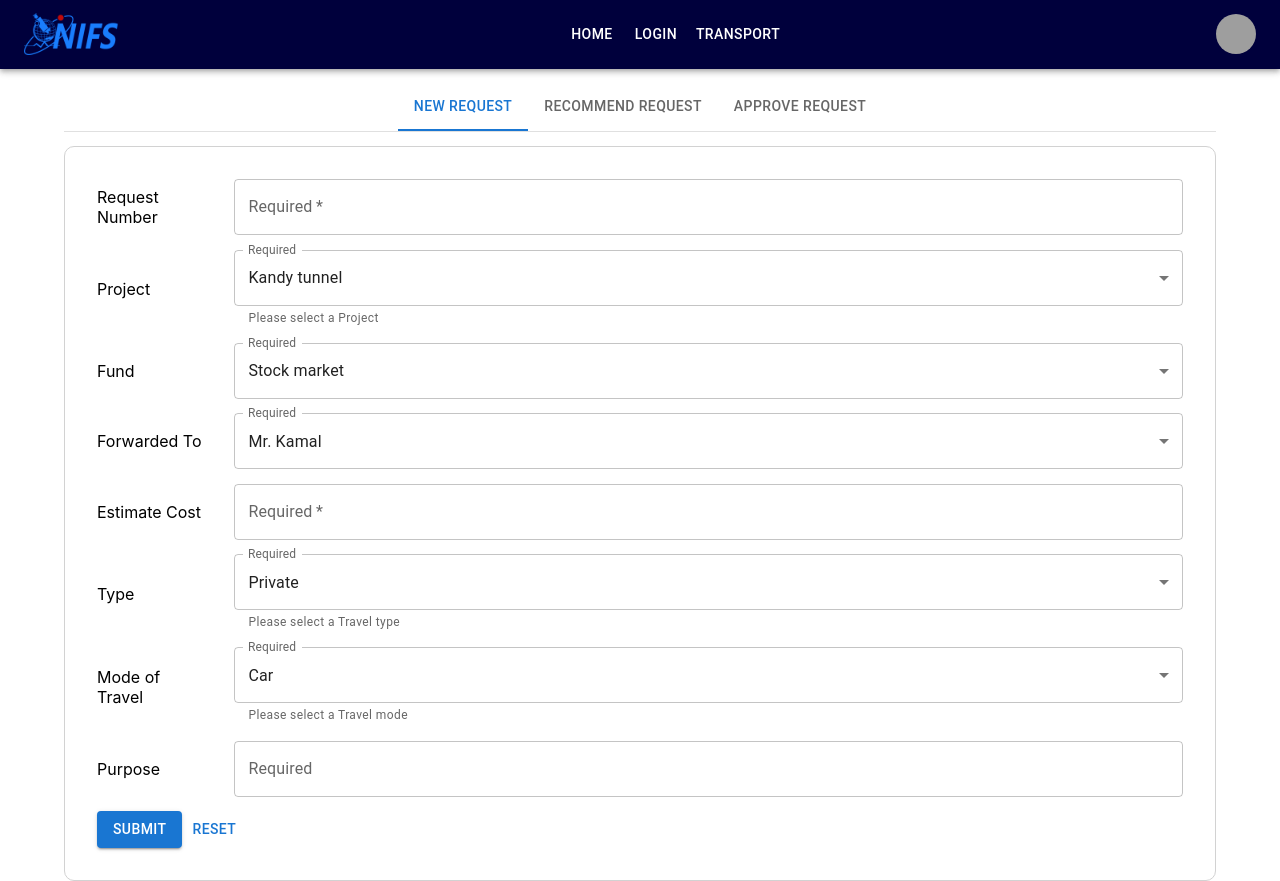
Repository: Ravindu97/NIFS_WebApplication
Page: /transport (app in client/)
These files come from the project's save history. The page is drawn as it stood at one moment and after the next save; the edit follows.
The browser window is 1280 px wide. The pictures show the whole page.
Pictures or frames that could not be fetched are drawn as grey boxes. The project was rebuilt for these pictures with package versions that can differ from the ones it lists, and the page was loaded fresh each time. Also part of the build but not shown: client/src/pages/Home.js, client/src/pages/Login.js, client/src/components/Transport/RecommendedRequest.js, client/src/components/Transport/ApproveRequest.js.

Above is the page before, as saved 2022-07-01 00:20:51.

### client/src/index.css
body {
  margin: 0;
  font-family: -apple-system, BlinkMacSystemFont, 'Segoe UI', 'Roboto', 'Oxygen',
    'Ubuntu', 'Cantarell', 'Fira Sans', 'Droid Sans', 'Helvetica Neue',
    sans-serif;
  -webkit-font-smoothing: antialiased;
  -moz-osx-font-smoothing: grayscale;
}

:root{
  --main-navbar-back: #00003c;

}


.nav-logo{
  width: 100px;
  height: auto;
}

/* main navbar */
.main-navbar{
  background-color: var(--main-navbar-back) !important;
}

/* secondary navbar */
.secondary-navbar{
  margin-top: 2vh !important;
  margin: auto;
}

/* body content */
.body-content{
  margin: auto;
  width: 90%;
  margin-top: 2vh;
}

/* form area */

.form-area{
  border: 1px solid #d2d2d2;
  border-radius: 10px;
  padding: 2rem;
}

/* input fields */
.input-fields{
  display: flex;
  align-items: center;
  margin-bottom: 2vh;
}

.input-fields label{
  margin-right: 2vw;
  width: 10vw;
}

### client/src/App.js
import * as React from 'react';
import { BrowserRouter as Router, Route, Routes } from 'react-router-dom';
import Navbar from './components/shared/Navbar';
import Home from './pages/Home';
import Login from './pages/Login';
import TransportMainPage from './pages/TransportMainPage';

function App() {
	return (
		<div>
			<Router>
				<Navbar />
				<Routes>
					<Route exact path="/" element={<Home />} />
					<Route exact path="/login" element={<Login />} />
					<Route exact path="/transport/*" element={<TransportMainPage />} />
				</Routes>
			</Router>
		</div>
	);
}

export default App;

### client/src/components/shared/Navbar.js
import * as React from 'react';
import AppBar from '@mui/material/AppBar';
import Box from '@mui/material/Box';
import Toolbar from '@mui/material/Toolbar';
import IconButton from '@mui/material/IconButton';
import Typography from '@mui/material/Typography';
import Menu from '@mui/material/Menu';
import MenuIcon from '@mui/icons-material/Menu';
import Container from '@mui/material/Container';
import Avatar from '@mui/material/Avatar';
import Button from '@mui/material/Button';
import Tooltip from '@mui/material/Tooltip';
import MenuItem from '@mui/material/MenuItem';
import { Link } from 'react-router-dom';
import Logo from '../../images/nifs_logo.png';

const Navbar = () => {
	const pages = [
		{
			id: 0,
			title: 'Home',
			link: '/',
		},
		{
			id: 1,
			title: 'Login',
			link: '/login',
		},
		{
			id: 2,
			title: 'Transport',
			link: '/transport',
		},
	];

	const settings = [
		{
			id: 0,
			title: 'Home',
			link: '/',
		},
		{
			id: 1,
			title: 'Login',
			link: '/login',
		},
		{
			id: 2,
			title: 'Transport',
			link: '/transport',
		},
	];

	const [anchorElNav, setAnchorElNav] = React.useState(null);
	const [anchorElUser, setAnchorElUser] = React.useState(null);

	const handleOpenNavMenu = (event) => {
		setAnchorElNav(event.currentTarget);
	};
	const handleOpenUserMenu = (event) => {
		setAnchorElUser(event.currentTarget);
	};

	const handleCloseNavMenu = () => {
		setAnchorElNav(null);
	};

	const handleCloseUserMenu = () => {
		setAnchorElUser(null);
	};

	return (
		<AppBar position="static" className="main-navbar">
			<Container maxWidth="xl">
				<Toolbar disableGutters>
					{/*Responsive view start here  */}
					<Box sx={{ display: { xs: 'none', md: 'flex' }, mr: 1 }}>
						<img src={Logo} alt="logo" className="nav-logo" />
					</Box>

					<Box sx={{ flexGrow: 1, display: { xs: 'flex', md: 'none' } }}>
						<IconButton
							size="large"
							aria-label="account of current user"
							aria-controls="menu-appbar"
							aria-haspopup="true"
							onClick={handleOpenNavMenu}
							color="inherit"
						>
							<MenuIcon />
						</IconButton>
						<Menu
							id="menu-appbar"
							anchorEl={anchorElNav}
							anchorOrigin={{
								vertical: 'bottom',
								horizontal: 'left',
							}}
							keepMounted
							transformOrigin={{
								vertical: 'top',
								horizontal: 'left',
							}}
							open={Boolean(anchorElNav)}
							onClose={handleCloseNavMenu}
							sx={{
								display: { xs: 'block', md: 'none' },
							}}
						>
							{pages &&
								pages.map((page) => (
									<MenuItem key={page.id} onClick={handleCloseNavMenu}>
										<Link to={page.link} style={{ textDecoration: 'none' }}>
											<Typography textAlign="center">{page.title}</Typography>
										</Link>
									</MenuItem>
								))}
						</Menu>
					</Box>
					{/* Responsive view ends here */}

					{/* Full width starts here */}
					<Box
						sx={{
							mr: 2,
							display: { xs: 'flex', md: 'none' },
							flexGrow: 1,
						}}
					>
						<img src={Logo} alt="logo" className="nav-logo" />
					</Box>

					<Box
						sx={{ flexGrow: 1, display: { xs: 'none', md: 'flex' } }}
						style={{ justifyContent: 'center' }}
					>
						{pages &&
							pages.map((page) => (
								<Link to={page.link} style={{ textDecoration: 'none' }}>
									<Button
										key={page.id}
										onClick={handleCloseNavMenu}
										sx={{ my: 2, color: 'white', display: 'block' }}
									>
										{page.title}
									</Button>
								</Link>
							))}
					</Box>

					{/* end of the navbar */}
					<Box sx={{ flexGrow: 0 }}>
						<Tooltip title="Open settings">
							<IconButton onClick={handleOpenUserMenu} sx={{ p: 0 }}>
								<Avatar
									alt="Remy Sharp"
									src="https://images.unsplash.com/photo-1566753323558-f4e0952af115?ixlib=rb-1.2.1&ixid=MnwxMjA3fDB8MHxzZWFyY2h8MXx8bWFsZXxlbnwwfHwwfHw%3D&w=1000&q=80"
								/>
							</IconButton>
						</Tooltip>
						<Menu
							sx={{ mt: '45px' }}
							id="menu-appbar"
							anchorEl={anchorElUser}
							anchorOrigin={{
								vertical: 'top',
								horizontal: 'right',
							}}
							keepMounted
							transformOrigin={{
								vertical: 'top',
								horizontal: 'right',
							}}
							open={Boolean(anchorElUser)}
							onClose={handleCloseUserMenu}
						>
							{settings.map((setting) => (
								<MenuItem key={setting.id} onClick={handleCloseUserMenu}>
									<Typography textAlign="center">{setting.title}</Typography>
								</MenuItem>
							))}
						</Menu>
					</Box>
				</Toolbar>
			</Container>
		</AppBar>
	);
};
export default Navbar;

### client/src/pages/TransportMainPage.js
import React from 'react';

import TransportNavbar from '../components/Transport/shared/TransportNavbar';
import { Route, Routes } from 'react-router-dom';
import NewRequest from '../components/Transport/NewRequest';
import RecommendedRequest from '../components/Transport/RecommendedRequest';
import ApproveRequest from '../components/Transport/ApproveRequest';

// transport main page where all other section of transport department can be access from here
function TransportMainPage() {
	return (
		<div>
			<TransportNavbar />
			<div className="body-content">
				<Routes>
					<Route exact path="/" element={<NewRequest />} />
					<Route exact path="/recommend" element={<RecommendedRequest />} />
					<Route exact path="/approve" element={<ApproveRequest />} />
				</Routes>
			</div>
		</div>
	);
}

export default TransportMainPage;

### client/src/components/Transport/shared/TransportNavbar.js
import * as React from 'react';
import Tabs from '@mui/material/Tabs';
import Tab from '@mui/material/Tab';
import Box from '@mui/material/Box';
import { Link, useLocation } from 'react-router-dom';

export default function TransportNavbar() {
	const location = useLocation();

	const pages = [
		{
			id: 0,
			title: 'New Request',
			link: '/transport',
		},
		{
			id: 1,
			title: 'Recommend Request',
			link: '/transport/recommend',
		},
		{
			id: 2,
			title: 'Approve Request',
			link: '/transport/approve',
		},
	];

	return (
		<Box sx={{ width: '90%' }} className="secondary-navbar">
			<Box sx={{ borderBottom: 1, borderColor: 'divider' }}>
				<Tabs value={location.pathname} centered>
					{pages &&
						pages.map((page) => (
							<Tab
								key={page.id}
								label={page.title}
								value={page.link}
								component={Link}
								to={page.link}
							/>
						))}
				</Tabs>
			</Box>
		</Box>
	);
}

### client/src/components/Transport/NewRequest.js
import { Button, TextField } from '@mui/material';
import React, { useState } from 'react';
import { useForm } from 'react-hook-form';

// import datepicker
import DateFnsUtils from '@date-io/date-fns';
import {
	DatePicker,
	TimePicker,
	DateTimePicker,
	MuiPickersUtilsProvider,
} from '@material-ui/pickers';
// sample data files start here
import Projects from './shared/sampleData/Project.json';
import Funds from './shared/sampleData/Fund.json';
import ForwardedTo from './shared/sampleData/ForwardedTo.json';
// sample data files ends here

function NewRequest() {
	// date set to be stored
	const { register, handleSubmit, reset } = useForm();
	const [selectedDate, handleDateChange] = useState(new Date());
	const [project, setProjects] = useState(Projects);
	const [fund, setFunds] = useState(Funds);
	const [forwardedTo, setForwardedTos] = useState(ForwardedTo);

	const submitDetails = (data) => {
		console.log(data);
	};

	return (
		<div className="form-area">
			<form onSubmit={handleSubmit(submitDetails)}>
				<div>
					<div>
						{/* Request number */}
						<div className="input-fields">
							<label>Request Number</label>
							<TextField
								fullWidth
								required
								type="text"
								name="reqNo"
								id="outlined-basic"
								label="Required"
								variant="outlined"
								{...register('reqNo', { required: true })}
							/>
						</div>

						{/* Select project */}
						<div className="input-fields">
							<label>Project</label>
							<TextField
								fullWidth
								id="outlined-select-project-native"
								select
								label="Required"
								name="project"
								{...register('project', { required: true })}
								SelectProps={{
									native: true,
								}}
								helperText="Please select a Project"
							>
								{project.map((option) => (
									<option key={option.id} value={option.value}>
										{option.value}
									</option>
								))}
							</TextField>
						</div>

						{/* Select Fund */}

						<div className="input-fields">
							<label>Fund</label>
							<TextField
								fullWidth
								id="outlined-select-fund-native"
								select
								label="Required"
								name="fund"
								{...register('fund', { required: true })}
								SelectProps={{
									native: true,
								}}
							>
								{fund.map((option) => (
									<option key={option.id} value={option.value}>
										{option.value}
									</option>
								))}
							</TextField>
						</div>

						{/* Select Forward */}

						<div className="input-fields">
							<label>Forwarded To</label>
							<TextField
								fullWidth
								id="outlined-select-forward-native"
								select
								label="Required"
								name="forwardTo"
								{...register('forwardTo', { required: true })}
								SelectProps={{
									native: true,
								}}
							>
								{forwardedTo.map((option) => (
									<option key={option.id} value={option.value}>
										{option.value}
									</option>
								))}
							</TextField>
						</div>

						{/* cost */}
						<div className="input-fields">
							<label>Estimate Cost</label>
							<TextField
								fullWidth
								required
								type="text"
								name="estimateCost"
								id="outlined-basic"
								label="Required"
								variant="outlined"
								{...register('estimateCost', { required: true })}
							/>
						</div>

						{/* travel type */}
						<div className="input-fields">
							<label>Type</label>
							<TextField
								fullWidth
								id="outlined-select-forward-native"
								select
								label="Required"
								name="travelType"
								{...register('travelType', { required: true })}
								SelectProps={{
									native: true,
								}}
								helperText="Please select a Travel type"
							>
								<option value="private">Private</option>
								<option value="official">Official</option>
							</TextField>
						</div>

						{/* Travel mode */}

						<div className="input-fields">
							<label>Mode of Travel</label>
							<TextField
								fullWidth
								id="outlined-select-forward-native"
								select
								label="Required"
								name="travelMode"
								{...register('travelMode', { required: true })}
								SelectProps={{
									native: true,
								}}
								helperText="Please select a Travel mode"
							>
								<option value="car">Car</option>
								<option value="van">Van</option>
								<option value="cab">Cab</option>
							</TextField>
						</div>

						{/* purpose */}
						<div className="input-fields">
							<label>Purpose</label>
							<TextField
								fullWidth
								id="outlined-textarea"
								label="Required"
								name="purpose"
								{...register('purpose', { required: true })}
								SelectProps={{
									native: true,
								}}
								multiline
							/>
						</div>
					</div>
				</div>
				{/* submit button */}
				<Button type="submit" variant="contained">
					Submit
				</Button>

				{/* reset the form */}
				<Button
					type="button"
					onClick={() => {
						reset({
							reqNo: '',
							project: '',
							fund: '',
							forwardTo: '',
							requestDate: '',
							time: '',
							estimateCost: '',
							travelType: '',
							travelMode: '',
							purpose: '',
							note: '',
							employee: '',
							designation: '',
							date: '',
							division: '',
							HOD: '',
							route: '',
							passengers: '',
						});
					}}
				>
					Reset
				</Button>
			</form>
		</div>
	);
}

export default NewRequest;

### client/src/components/Transport/shared/sampleData/Project.json
[
    {
        "id": 0,
        "value": "Kandy tunnel"
    },
    {
        "id": 1,
        "value": "Moragahakanda project"
    },
    {
        "id": 2,
        "value": "Gin nilwala project"
    },
    {
        "id": 3,
        "value": "Samanala wewa projecct"
    },
    {
        "id": 4,
        "value": "Data visualization"
    }
]

### client/src/components/Transport/shared/sampleData/Fund.json
[
    {
        "id": 0,
        "value": "Stock market"
    },
    {
        "id": 1,
        "value": "BOC bank"
    },
    {
        "id": 2,
        "value": "Savings"
    },
    {
        "id": 3,
        "value": "Ticketing"
    },
    {
        "id": 4,
        "value": "Car wash"
    }
]

### client/src/components/Transport/shared/sampleData/ForwardedTo.json
[
    {
        "id": 0,
        "value": "Mr. Kamal"
    },
    {
        "id": 1,
        "value": "Mr. Sunil"
    },
    {
        "id": 2,
        "value": "Mr. Kusal"
    },
    {
        "id": 3,
        "value": "Mrs. Nayana"
    },
    {
        "id": 4,
        "value": "Miss Rashmi"
    }
]

Loaded but not shown: client/src/index.js (common file); client/src/reportWebVitals.js (common file)

After the next save:
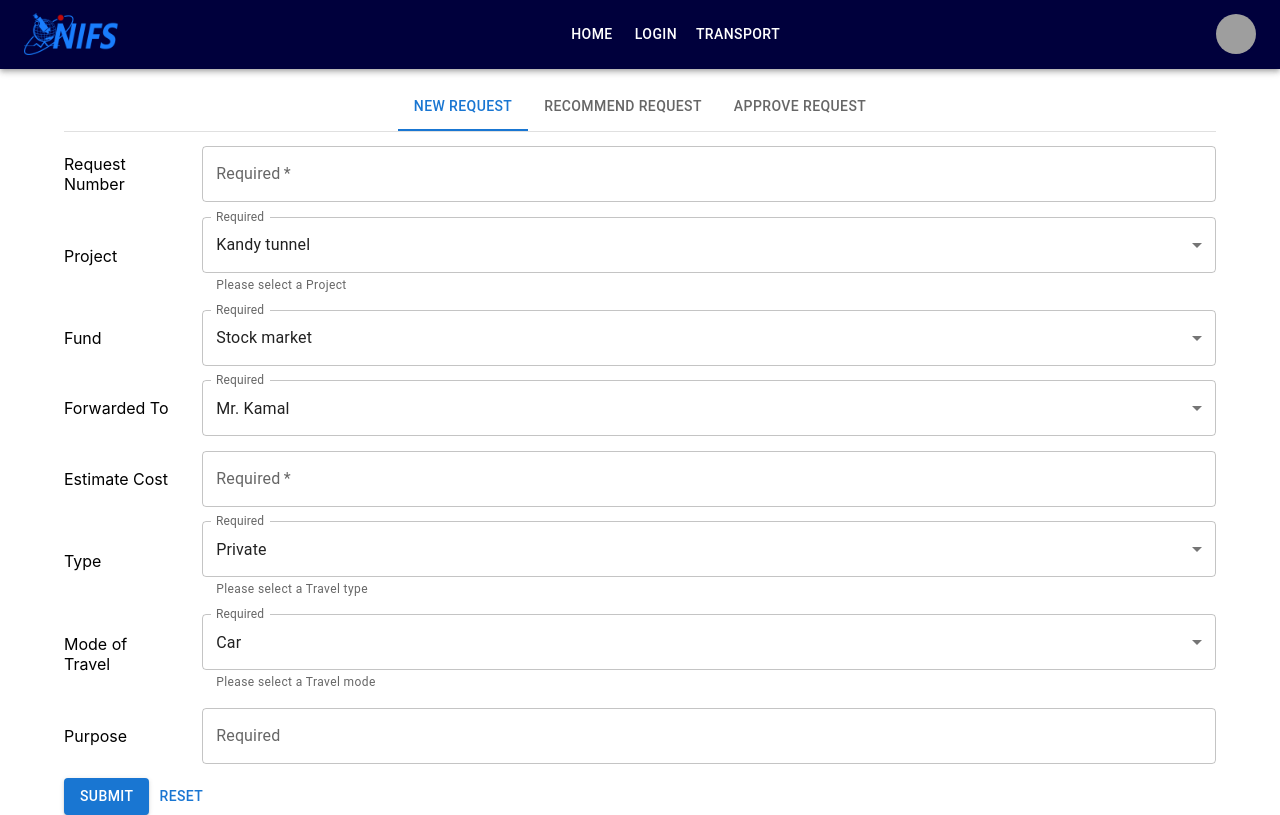
Saved 30 s later.
--- a/client/src/index.css
+++ b/client/src/index.css
@@ -38,7 +38,7 @@ body {
 
 /* form area */
 
-.form-area{
+.form-section{
   border: 1px solid #d2d2d2;
   border-radius: 10px;
   padding: 2rem;

After the save that followed:
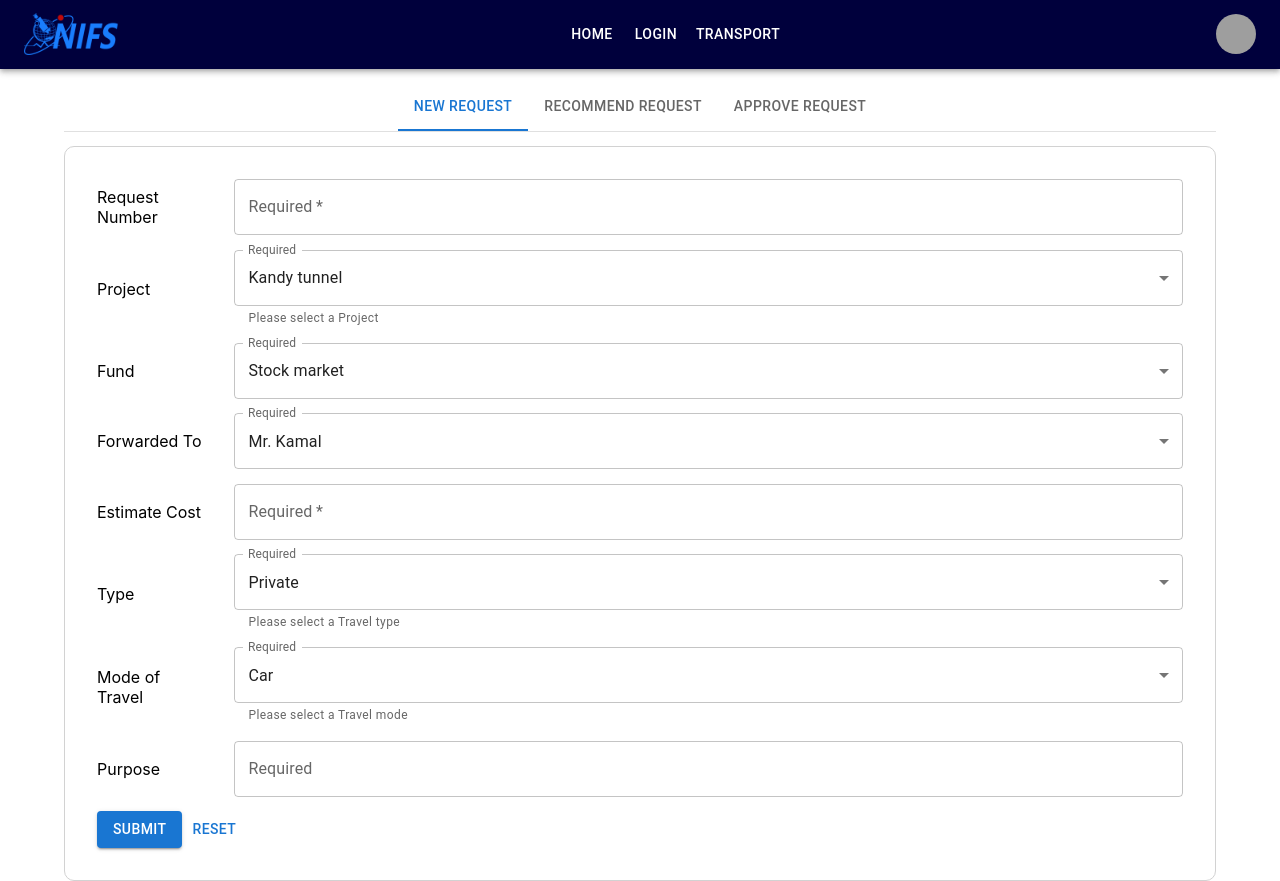
Saved 6 s later.
--- a/client/src/components/Transport/NewRequest.js
+++ b/client/src/components/Transport/NewRequest.js
@@ -29,9 +29,9 @@ function NewRequest() {
 	};
 
 	return (
-		<div className="form-area">
+		<div className="form-section">
 			<form onSubmit={handleSubmit(submitDetails)}>
-				<div>
+				<div className="">
 					<div>
 						{/* Request number */}
 						<div className="input-fields">
